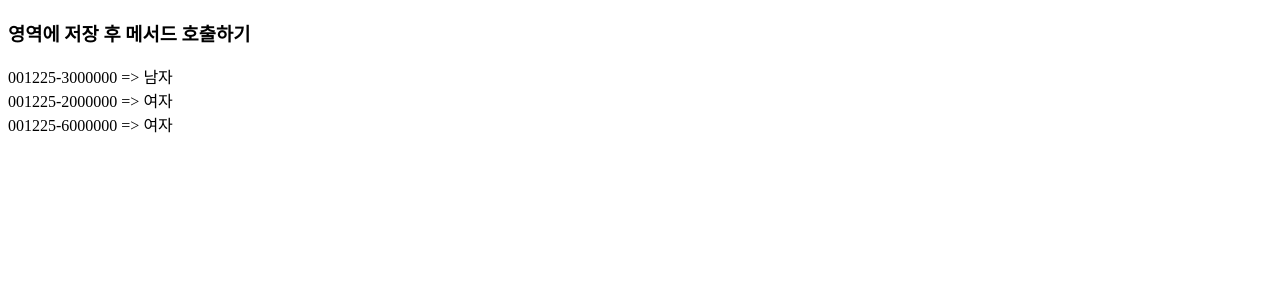
Repository: dogksi/JSP
Page: http://localhost/TestJSP/EL/ELCallMethod.jsp
The author's editor kept a copy of each file at every save. The page is drawn from the files as they stood at one save, then again after the next save.
The browser window is 1280 px wide. The pictures show the whole page.
The page is served by Tomcat 10. Nobody is signed in. The application's start-up code is not run. Other server files are loaded and not shown.

Above is the page before, as saved 2023-09-15 08:41:37.

### TestJSP/src/main/webapp/EL/ELCallMethod.jsp
<%@page import="el.MyELClass"%>
<%@ page language="java" contentType="text/html; charset=UTF-8"
    pageEncoding="UTF-8"%>
<%
MyELClass myClass = new MyELClass();	// 객체 생성
pageContext.setAttribute("myClass", myClass);	// page 영역에 저장
%>
<!DOCTYPE html>
<html>
<head>
<meta charset="UTF-8">
<title>표현 언어(EL) - 메서드 호출</title>
</head>
<body>
	<h3>영역에 저장 후 메서드 호출하기</h3>
	001225-3000000 => ${ myClass.getGender("001225-3000000") }<br />
	001225-2000000 => ${ myClass.getGender("001225-2000000") }<br />
	001225-6000000 => ${ myClass.getGender("001225-2000000") }<br />
</body>
</html>

### TestJSP/src/main/java/el/MyELClass.java
package el;

public class MyELClass {
	// 주민번호를 입력 받아 성별을 반환합니다.
	public String getGender(String jumin) {
		String returnStr = "";
		int beginIdx = jumin.indexOf("-") + 1;
		String genderStr = jumin.substring(beginIdx, beginIdx +1);
		int genderInt = Integer.parseInt(genderStr);
		if (genderInt == 1 || genderInt == 3)
			returnStr = "남자";
		else if (genderInt == 2 || genderInt == 4)
			returnStr = "여자";
		else
			returnStr = "주민번호 오류입니다.";
		return returnStr;
	}

	// 입력받은 문자열이 숫자인지 판별해줍니다.
	public static boolean isNumber(String value) {
		char[] chArr = value.toCharArray();
		for(int i = 0; i < chArr.length; i++) {
			if(!(chArr[i] >= '0' && chArr[i] <= '9')) {
				return false;
			}
		}
		return true;
	}

	// 입력받은 정수까지의 구구단을 HTML 테이블로 출력해줍니다.
}

After the next save:
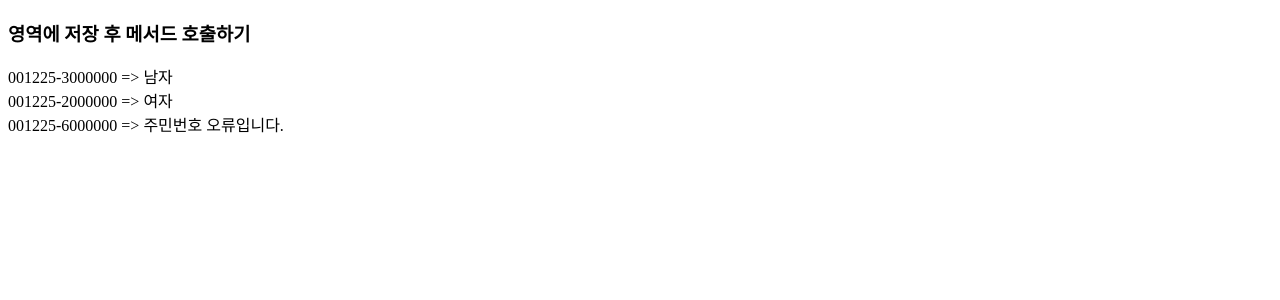
Saved 6 min 25 s later.
--- a/TestJSP/src/main/webapp/EL/ELCallMethod.jsp
+++ b/TestJSP/src/main/webapp/EL/ELCallMethod.jsp
@@ -15,6 +15,6 @@ pageContext.setAttribute("myClass", myClass);	// page 영역에 저장
 	<h3>영역에 저장 후 메서드 호출하기</h3>
 	001225-3000000 => ${ myClass.getGender("001225-3000000") }<br />
 	001225-2000000 => ${ myClass.getGender("001225-2000000") }<br />
-	001225-6000000 => ${ myClass.getGender("001225-2000000") }<br />
+	001225-6000000 => ${ myClass.getGender("001225-6000000") }<br />
 </body>
 </html>
